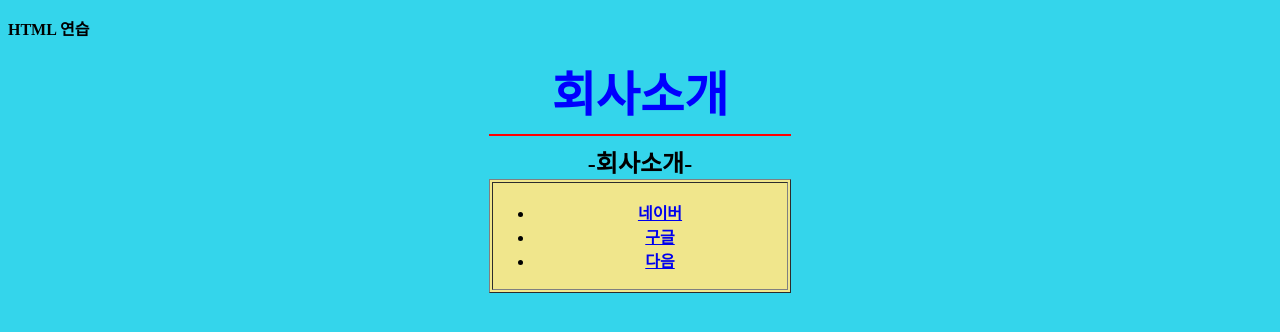
Repository: sika5382/jsp
Page: html/WebContent/NewFile2.html
An editor plug-in stored every save of this project. The page is shown before and after the next save, followed by the edit.
The browser window is 1280 px wide. The pictures show the whole page.

Above is the page before, as saved 2020-10-29 08:10:56.

After the next save:
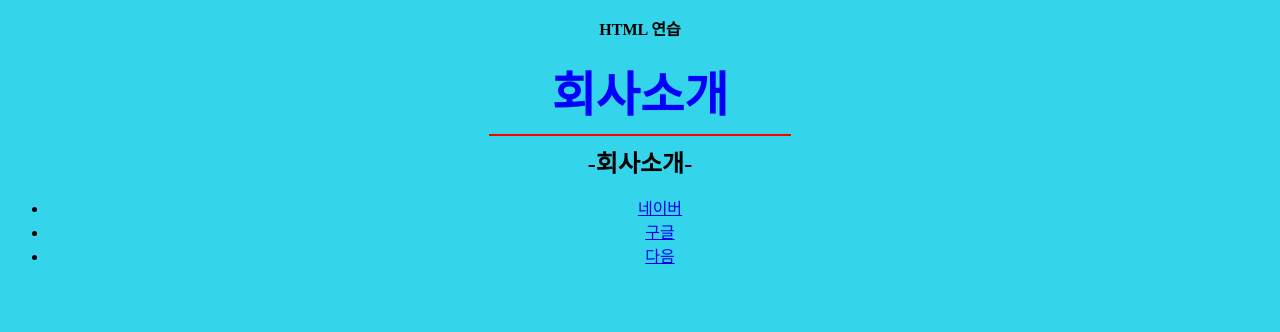
Saved 32 s later.
--- a/html/WebContent/NewFile2.html
+++ b/html/WebContent/NewFile2.html
@@ -9,7 +9,7 @@
 		<dt><b>HTML 연습</b>
 		<dd>	</dd>
 	</dl>
-		<table border="1" align="center" width="300" bgcolor="khaki">
+		<body border="1" align="center" width="300" bgcolor="khaki">
 
 			<caption>
 				<font size="7" color = "blue" align="center"><b>회사소개</b></font>
@@ -32,7 +32,7 @@
 			</tr>
 
 
-	</table>
+	</body>
 
 
 

After the save that followed:
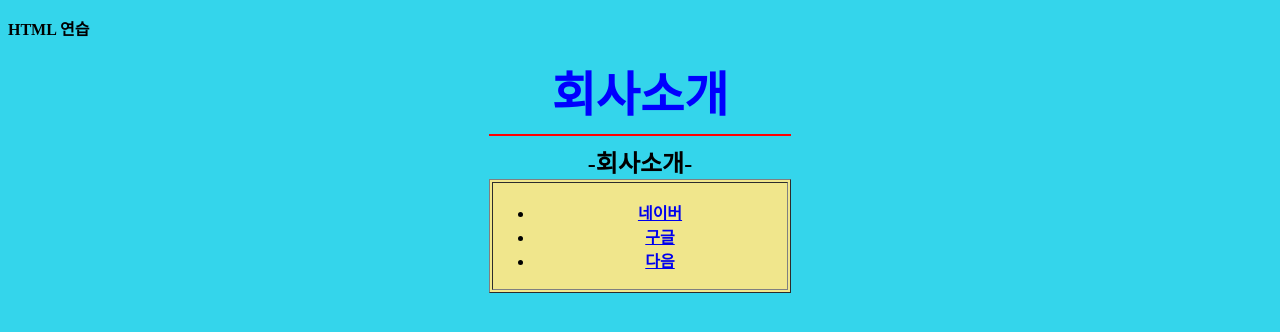
Saved 15 s later.
--- a/html/WebContent/NewFile2.html
+++ b/html/WebContent/NewFile2.html
@@ -9,7 +9,7 @@
 		<dt><b>HTML 연습</b>
 		<dd>	</dd>
 	</dl>
-		<body border="1" align="center" width="300" bgcolor="khaki">
+		<table border="1" align="center" width="300" bgcolor="khaki">
 
 			<caption>
 				<font size="7" color = "blue" align="center"><b>회사소개</b></font>
@@ -32,7 +32,7 @@
 			</tr>
 
 
-	</body>
+	</table>
 
 
 
